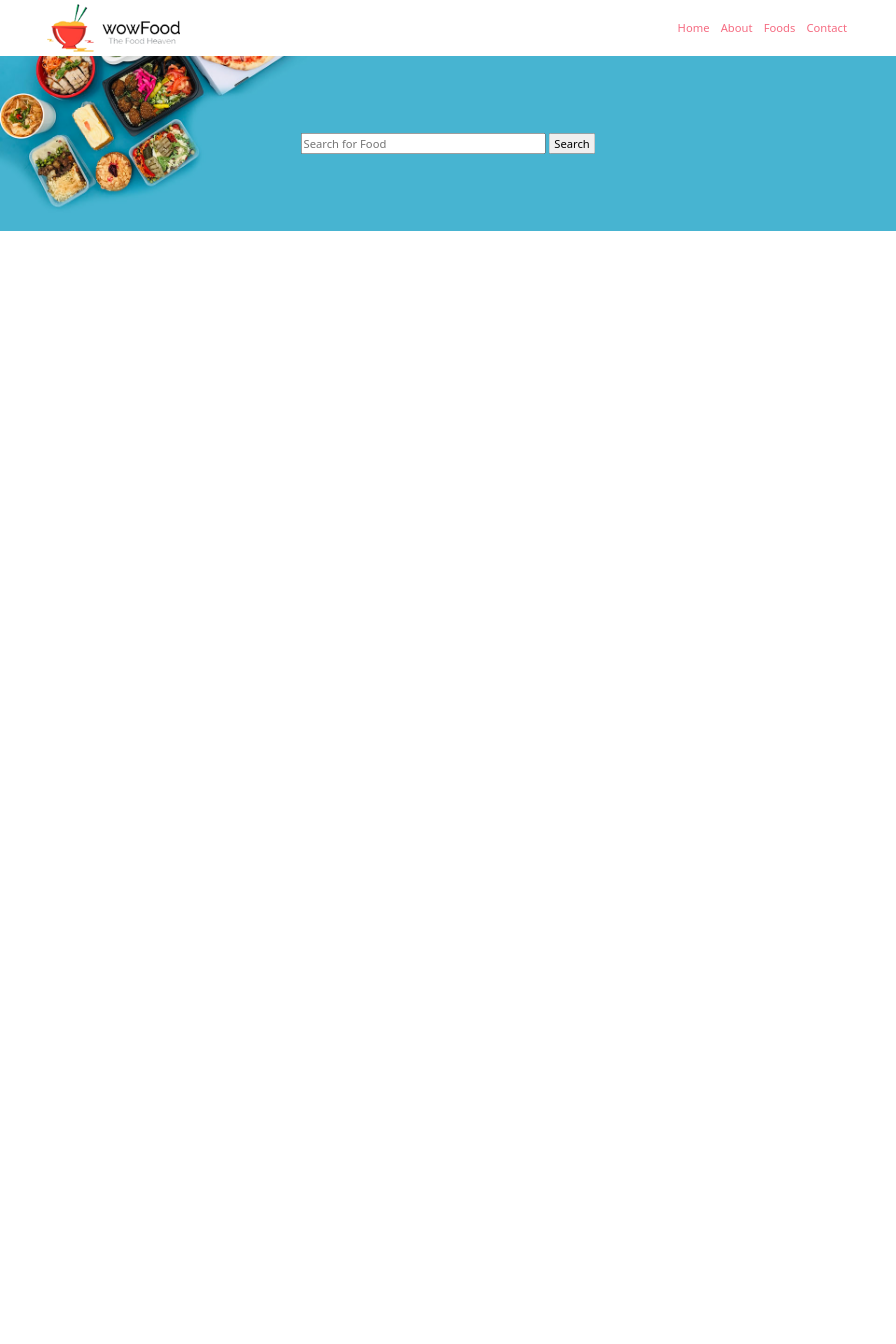
Repository: ruaruababa/RestaurantBS5
Page: html/index.html
The author's editor kept a copy of each file at every save. The page is drawn from the files as they stood at one save, then again after the next save.
The browser window is 1280 px wide. The pictures show the part of the page from y = 0 to 1920 px (the page is 3000 px tall), at 70% of full size.

Above is the page before, as saved 2021-09-25 16:54:25.

After the next save:
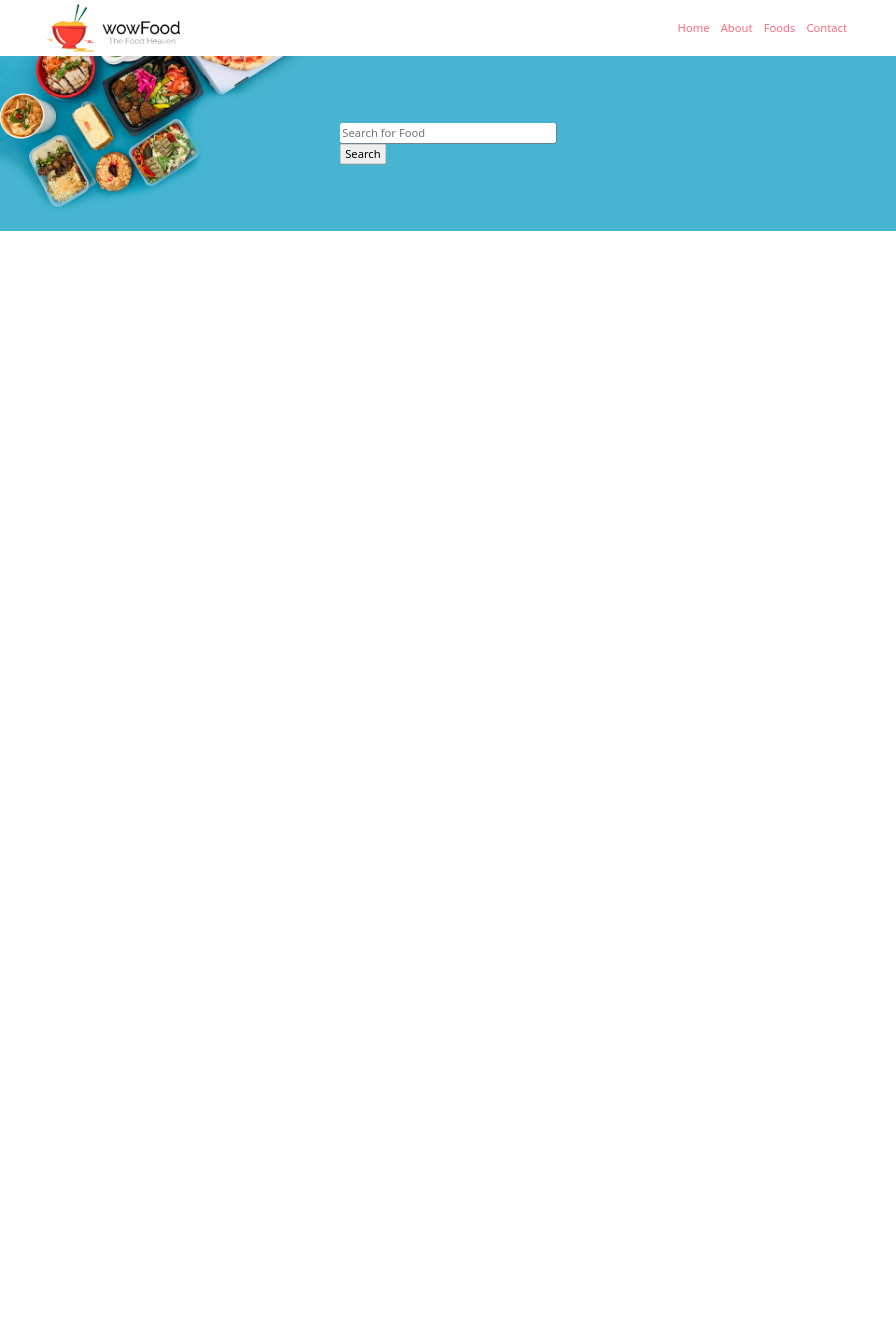
Saved 18 s later.
--- a/html/index.html
+++ b/html/index.html
@@ -48,7 +48,7 @@
             <div class="container-section" style=" position: relative; top: 80px;">
                 <img src="/img/bg.jpg" class="img-fluid" alt="Responsive image" style="height:250px; width:100%; object-fit: cover;">
                 <form action="" class="form-search" style="position: absolute; left: 50%; top: 50%; transform: translate(-50%, -50%);">
-                    <input type="text" placeholder="Search for Food" style="width: 350px;">
+                    <input type="text" placeholder="Search for Food" style="width: 100%;">
                     <input type="button" value="Search">
                 </form>
             </div>
